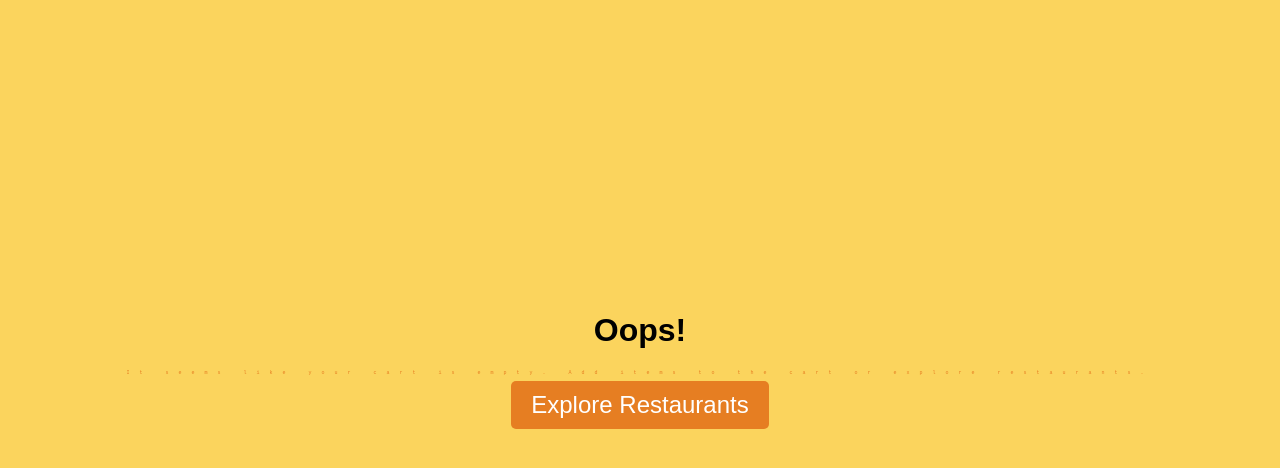
Repository: SWATHIBHUMA/FoodDelivaryApp
Page: http://localhost/FoodDelivaryApp/errorPage.jsp
An editor plug-in stored every save of this project. The page is shown before and after the next save, followed by the edit.
The browser window is 1280 px wide. The pictures show the whole page.
The page is served by Tomcat 9. Other server files are loaded and not shown.

Above is the page before, as saved 2024-01-14 12:12:00.

### FoodDelivaryApp/src/main/webapp/errorPage.jsp
<%@ page language="java" contentType="text/html; charset=UTF-8" pageEncoding="UTF-8"%>

<!DOCTYPE html>
<html lang="en">
<head>
    <meta charset="UTF-8">
    <meta http-equiv="X-UA-Compatible" content="IE=edge">
    <meta name="viewport" content="width=device-width, initial-scale=1.0">
    <title>Error - Nothing in Cart</title>
    <style>
        body {
            font-family: 'Arial', sans-serif;
            background-color: #fbd45d; /* Warm yellow background */
            margin: 0;
            padding: 0;
            display: flex;
            align-items: center;
            justify-content: center;
            height: 100vh;
            text-align: center;
        }
		.container{
		display: inline-block;
		}

		.text{
			font-size: 5px;
			letter-spacing: 10px;
			font-family: monospace;
			border-right: 5px solid;
			width: 100%;
			white-space: nowrap;
			overflow: hidden;
			animation:
				typing 2s,
				cursor .4s step-end infinite alternate;
		}
		@keyframes cursor{
			50%{ border-color: transparent}
		}

		@keyframes typing{
			from{width: 0}
		}

		}
        h1 {
            color: #e67e22; /* Dark orange text */
            margin-bottom: 20px;
            font-size: 36px; /* Increased font size */
            animation: bounce 1s forwards; /* Change infinite to forwards for single time bounce */
        }

        p {
            color: #e67e22; /* Dark orange text */
            font-size: 20px; /* Increased font size */
            overflow: hidden; /* Hide overflowing content */
            white-space: nowrap; /* Prevent wrapping */
            animation: typing 2s steps(30, end), fadeIn 1s ease; /* Add typing and fade-in animations */
        }

        button {
            background-color: #e67e22; /* Dark orange button color */
            color: #ffffff; /* White button text color */
            padding: 10px 20px;
            font-size: 24px; /* Increased font size */
            border: none;
            border-radius: 5px;
            cursor: pointer;
            transition: background-color 0.3s ease;
        }

        button:hover {
            background-color: #d35400; /* Darker orange on hover */
        }

        @keyframes bounce {
            0%, 20%, 50%, 80%, 100% {
                transform: translateY(0);
            }
            40% {
                transform: translateY(-20px);
            }
            60% {
                transform: translateY(-10px);
            }
        }

        @keyframes typing {
            from {
                width: 0;
            }
        }

        @keyframes fadeIn {
            from {
                opacity: 0;
            }
            to {
                opacity: 1;
            }
        }
    </style>
</head>
<body>
    <div class="container">
        <h1>Oops!</h1>
        <p class="text">It seems like your cart is empty. Add items to the cart or explore restaurants.</p>
        <button onclick="window.location.href='<%= request.getContextPath() %>/Restaurents'" class="back-to-restaurants-btn">Explore Restaurants</button>
    </div>
</body>
</html>

After the next save:
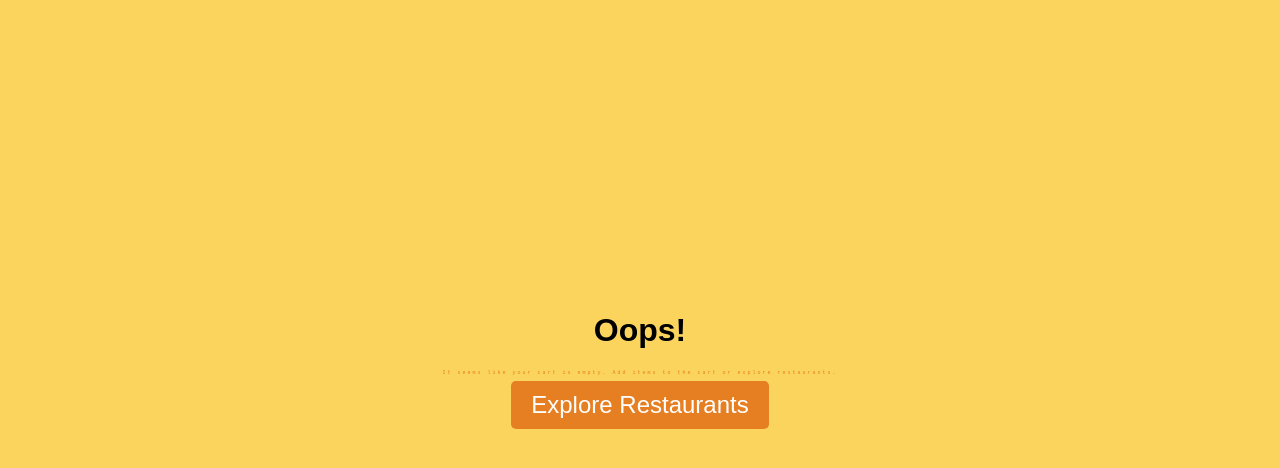
Saved 6 s later.
--- a/FoodDelivaryApp/src/main/webapp/errorPage.jsp
+++ b/FoodDelivaryApp/src/main/webapp/errorPage.jsp
@@ -25,7 +25,7 @@
 
 		.text{
 			font-size: 5px;
-			letter-spacing: 10px;
+			letter-spacing: 2px;
 			font-family: monospace;
 			border-right: 5px solid;
 			width: 100%;
